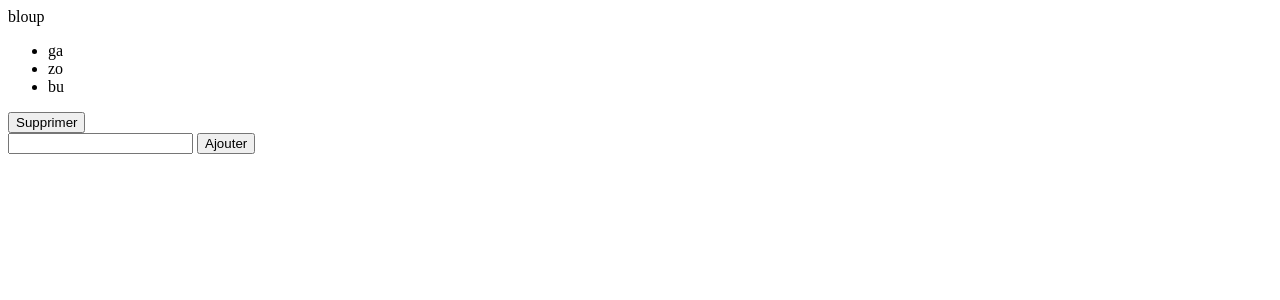
Repository: CyrilleRieau/java
Page: http://localhost/JavaWeb2/ToDoServlet
An editor plug-in stored every save of this project. The page is shown before and after the next save, followed by the edit.
The browser window is 1280 px wide. The pictures show the whole page.
The page is served by Tomcat 9.

Above is the page before, as saved 2017-11-07 13:51:25.

After the next save:
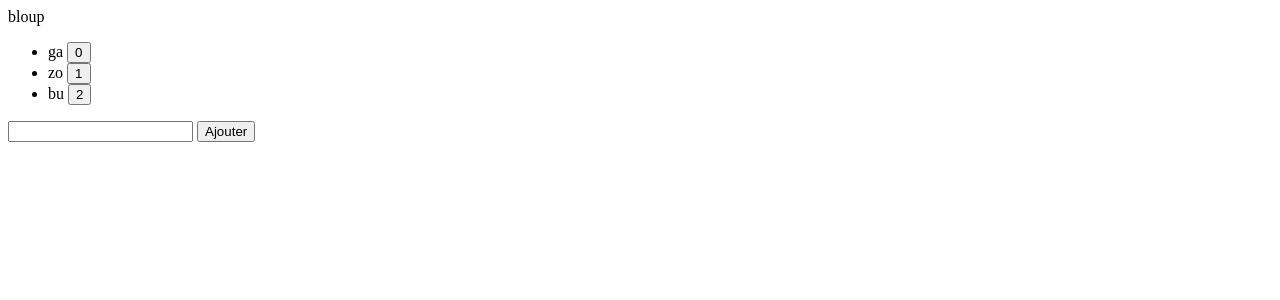
Saved 108 s later.
--- a/JavaWeb2/WebContent/todo.jsp
+++ b/JavaWeb2/WebContent/todo.jsp
@@ -10,13 +10,14 @@
 </head>
 <body>
 	${variable}
-	<form action="" method="post""></form>
+	<form action="" method="post">
 	<ul>
-	<c:forEach items="${items}" var="item">
-		<li>${item}</li>
+	<c:forEach items="${items}" var="item" varStatus="status">
+		<li>${item}
+			<input type="submit" value="${status.index}" name="suppr" />
+		</li>
 	</c:forEach>
 	</ul>
-	<button>Supprimer</button>
 	</form>
 	<form action="" method="post">
 		<input type="text" name="nouveau" />
